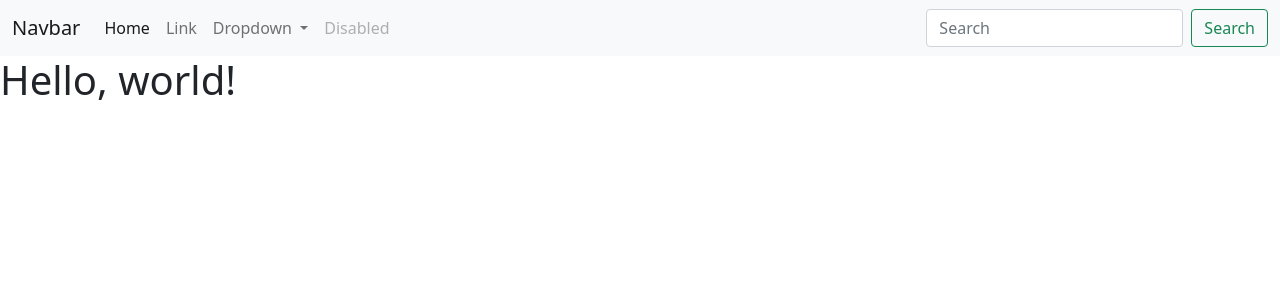
Repository: Rio-dapp/colors-nft
Page: website/index.html
These files come from the project's save history. The page is drawn as it stood at one moment and after the next save; the edit follows.
The browser window is 1280 px wide. The pictures show the whole page.

Above is the page before, as saved 2022-04-22 11:31:09.

### website/index.html
<!doctype html>
<html lang="en">
  <head>
    <!-- Required meta tags -->
    <meta charset="utf-8">
    <meta name="viewport" content="width=device-width, initial-scale=1">

    <!-- Bootstrap CSS -->
    <link href="https://cdn.jsdelivr.net/npm/bootstrap@5.0.2/dist/css/bootstrap.min.css" rel="stylesheet" integrity="sha384-EVSTQN3/azprG1Anm3QDgpJLIm9Nao0Yz1ztcQTwFspd3yD65VohhpuuCOmLASjC" crossorigin="anonymous">
    <link rel="stylesheet" href="mystyle.css">

    <title>Hello, world!</title>
  </head>
  <body>
    <nav class="navbar navbar-expand-lg navbar-light bg-light test">
        <div class="container-fluid">
          <a class="navbar-brand" href="#">Navbar</a>
          <button class="navbar-toggler" type="button" data-bs-toggle="collapse" data-bs-target="#navbarSupportedContent" aria-controls="navbarSupportedContent" aria-expanded="false" aria-label="Toggle navigation">
            <span class="navbar-toggler-icon"></span>
          </button>
          <div class="collapse navbar-collapse" id="navbarSupportedContent">
            <ul class="navbar-nav me-auto mb-2 mb-lg-0">
              <li class="nav-item">
                <a class="nav-link active" aria-current="page" href="#">Home</a>
              </li>
              <li class="nav-item">
                <a class="nav-link" href="#">Link</a>
              </li>
              <li class="nav-item dropdown">
                <a class="nav-link dropdown-toggle" href="#" id="navbarDropdown" role="button" data-bs-toggle="dropdown" aria-expanded="false">
                  Dropdown
                </a>
                <ul class="dropdown-menu" aria-labelledby="navbarDropdown">
                  <li><a class="dropdown-item" href="#">Action</a></li>
                  <li><a class="dropdown-item" href="#">Another action</a></li>
                  <li><hr class="dropdown-divider"></li>
                  <li><a class="dropdown-item" href="#">Something else here</a></li>
                </ul>
              </li>
              <li class="nav-item">
                <a class="nav-link disabled" href="#" tabindex="-1" aria-disabled="true">Disabled</a>
              </li>
            </ul>
            <form class="d-flex">
              <input class="form-control me-2" type="search" placeholder="Search" aria-label="Search">
              <button class="btn btn-outline-success" type="submit">Search</button>
            </form>
          </div>
        </div>
      </nav>

    <h1>Hello, world!</h1>

    <!-- Optional JavaScript; choose one of the two! -->

    <!-- Option 1: Bootstrap Bundle with Popper -->
    <script src="https://cdn.jsdelivr.net/npm/bootstrap@5.0.2/dist/js/bootstrap.bundle.min.js" integrity="sha384-MrcW6ZMFYlzcLA8Nl+NtUVF0sA7MsXsP1UyJoMp4YLEuNSfAP+JcXn/tWtIaxVXM" crossorigin="anonymous"></script>

    <!-- Option 2: Separate Popper and Bootstrap JS -->
    <!--
    <script src="https://cdn.jsdelivr.net/npm/@popperjs/core@2.9.2/dist/umd/popper.min.js" integrity="sha384-IQsoLXl5PILFhosVNubq5LC7Qb9DXgDA9i+tQ8Zj3iwWAwPtgFTxbJ8NT4GN1R8p" crossorigin="anonymous"></script>
    <script src="https://cdn.jsdelivr.net/npm/bootstrap@5.0.2/dist/js/bootstrap.min.js" integrity="sha384-cVKIPhGWiC2Al4u+LWgxfKTRIcfu0JTxR+EQDz/bgldoEyl4H0zUF0QKbrJ0EcQF" crossorigin="anonymous"></script>
    -->
  </body>
</html>

### website/mystyle.css
.test {
    background-color: blue;
}

After the next save:
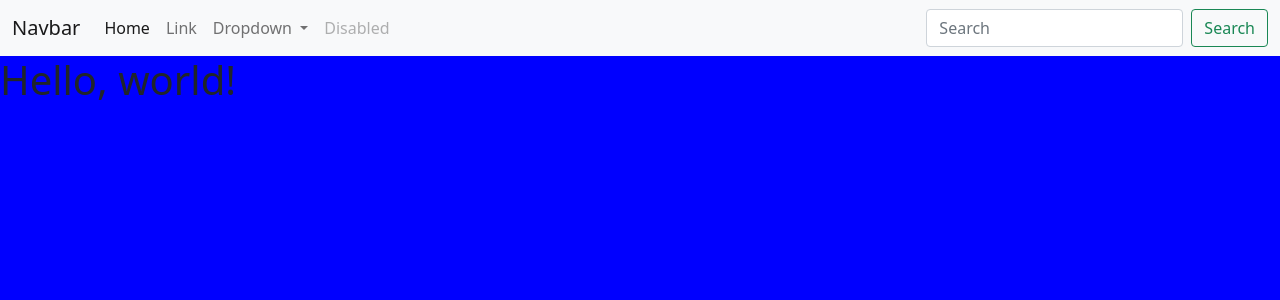
Saved 80 s later.
--- a/website/index.html
+++ b/website/index.html
@@ -11,8 +11,8 @@
 
     <title>Hello, world!</title>
   </head>
-  <body>
-    <nav class="navbar navbar-expand-lg navbar-light bg-light test">
+  <body class="test">
+    <nav class="navbar navbar-expand-lg navbar-light bg-light">
         <div class="container-fluid">
           <a class="navbar-brand" href="#">Navbar</a>
           <button class="navbar-toggler" type="button" data-bs-toggle="collapse" data-bs-target="#navbarSupportedContent" aria-controls="navbarSupportedContent" aria-expanded="false" aria-label="Toggle navigation">
